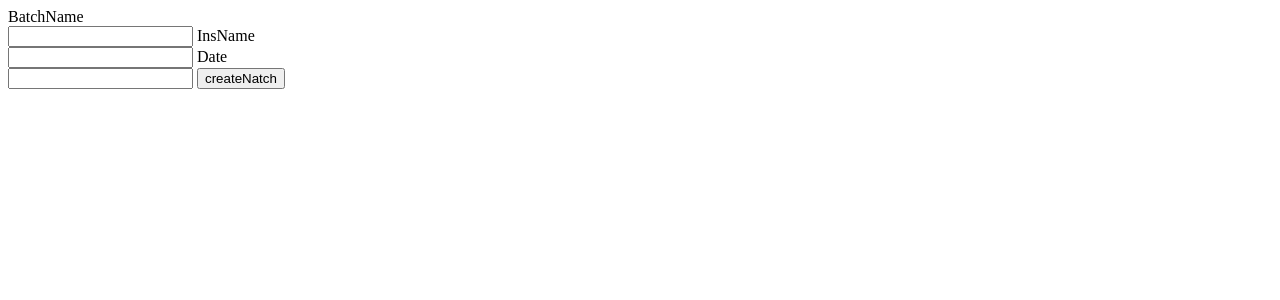
Repository: ark0000/gitL
Page: sevs/src/main/webapp/add-batch.html
The author's editor kept a copy of each file at every save. The page is drawn from the files as they stood at one save, then again after the next save.
The browser window is 1280 px wide. The pictures show the whole page.

Above is the page before, as saved 2024-03-03 04:26:08.

### sevs/src/main/webapp/add-batch.html
<!DOCTYPE html>
<html>
<head>
<meta charset="ISO-8859-1">
<title>Form</title>
</head>
<body>
<form action="addbatch" method="get">
<label for="">BatchName</label><br>
<input  type="text" name="batchName" >
<label for="">InsName</label><br>
<input  type="text" name="InsName" >
<label for="">Date</label><br>
<input  type="text" name="Date" >

<input  type="submit" name="batch" value="createNatch" >

</form>


</body>
</html>

After the next save:
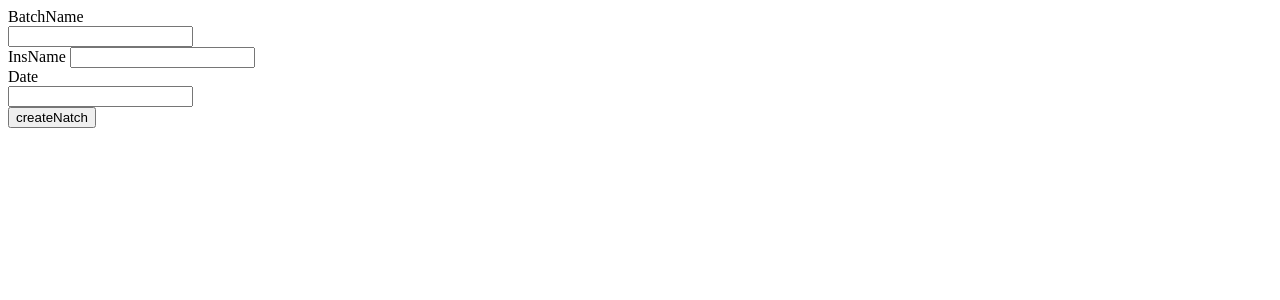
Saved 3 min 43 s later.
--- a/sevs/src/main/webapp/add-batch.html
+++ b/sevs/src/main/webapp/add-batch.html
@@ -7,11 +7,11 @@
 <body>
 <form action="addbatch" method="get">
 <label for="">BatchName</label><br>
-<input  type="text" name="batchName" >
-<label for="">InsName</label><br>
-<input  type="text" name="InsName" >
+<input  type="text" name="batchName" ><br>
+<label for="">InsName</label>
+<input  type="text" name="InsName" ><br>
 <label for="">Date</label><br>
-<input  type="text" name="Date" >
+<input  type="text" name="Date" ><br>
 
 <input  type="submit" name="batch" value="createNatch" >
 
